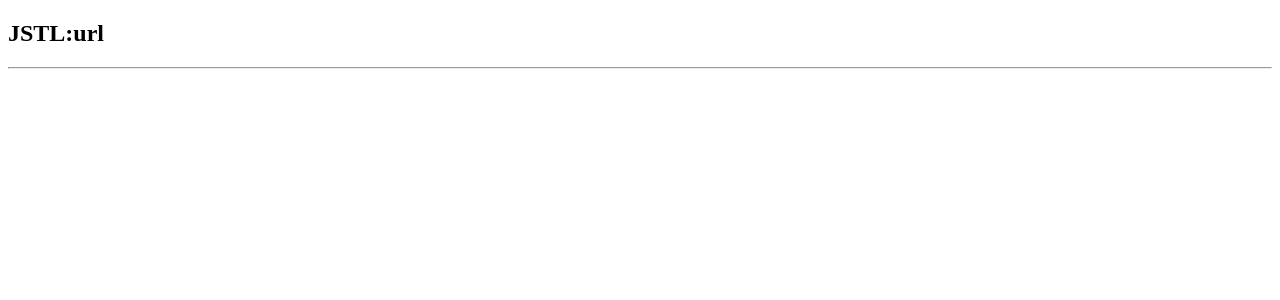
Repository: kimjoohye/study_WEB
Page: http://localhost/studyhtml5/jsp/j06/j08_url.jsp
These files come from the project's save history. The page is drawn as it stood at one moment and after the next save; the edit follows.
The browser window is 1280 px wide. The pictures show the whole page.
The page is served by Tomcat 9. Other server files are loaded and not shown.

Above is the page before, as saved 2022-05-23 02:18:04.

### workspace/studyhtml5/WebContent/jsp/j06/j08_url.jsp
<%@ page language="java" contentType="text/html; charset=UTF-8"
    pageEncoding="UTF-8"%>
<%@ taglib prefix="c" uri="http://java.sun.com/jsp/jstl/core" %>
<!DOCTYPE html>
<html>
<head>
<meta charset="UTF-8">
<title>Insert title here</title>
</head>
<body>
	<h2>JSTL:url</h2>
	<hr/>
	<!-- https://search.daum.net/search?w=blog&q=%ED%95%98%EB%8A%98%EA%B3%B5%EC%9B%90 -->
	<c:url var="searchURL" value="https://search.daum.net/search">
	 <c:param name="w" value="blog" />
	 <c:param name="q" value="하늘공원" />
	</c:url>

</body>
</html>

After the next save:
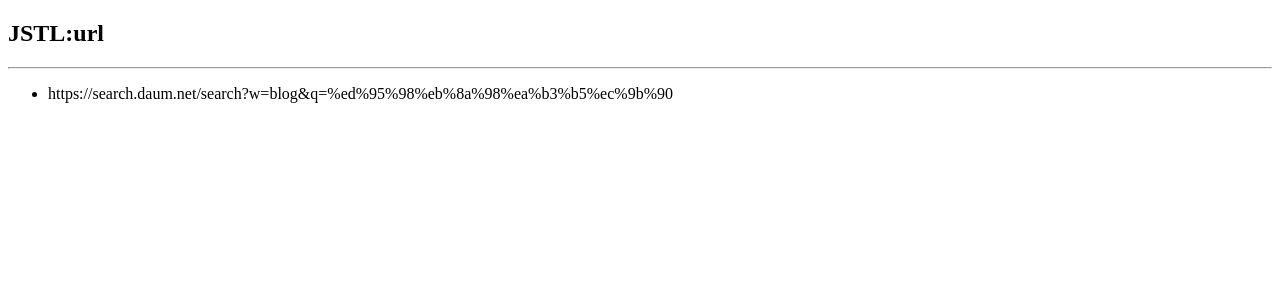
Saved 62 s later.
--- a/workspace/studyhtml5/WebContent/jsp/j06/j08_url.jsp
+++ b/workspace/studyhtml5/WebContent/jsp/j06/j08_url.jsp
@@ -16,5 +16,9 @@
 	 <c:param name="q" value="하늘공원" />
 	</c:url>
 
+
+  <ul>
+    <li>${searchURL}</li>
+  </ul>
 </body>
 </html>
